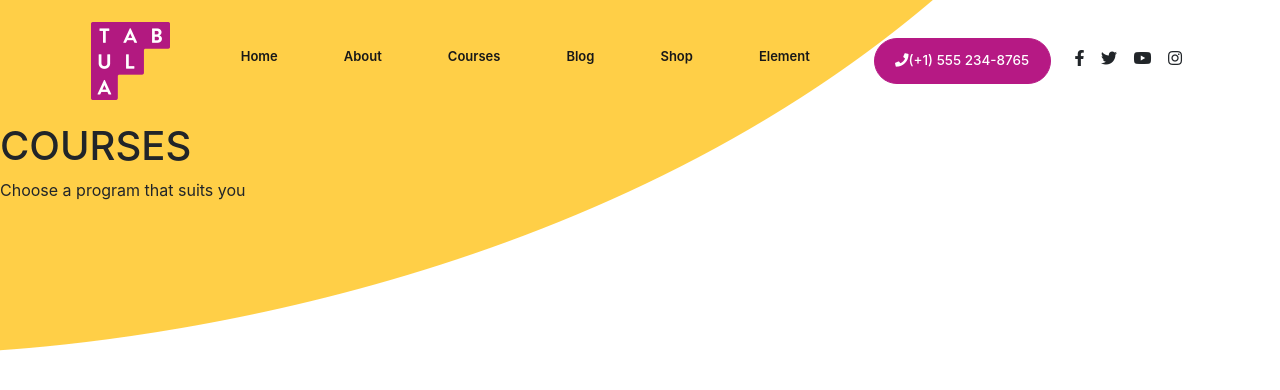
Repository: Khanh1234-glitch/TruongNguyenBaoKhanh_BC22_assignment__tabula
Page: Tabula/index.html
An editor plug-in stored every save of this project. The page is shown before and after the next save, followed by the edit.
The browser window is 1280 px wide. The pictures show the whole page.
The style sheet was rebuilt from its Sass, Less or Tailwind sources for each picture, by a compiler version that may differ from the author's.

Above is the page before, as saved 2022-04-16 09:20:18.

### Tabula/index.html
<!doctype html>
<html lang="en">

<head>
    <title>Title</title>
    <!-- Required meta tags -->
    <meta charset="utf-8">
    <meta name="viewport" content="width=device-width, initial-scale=1, shrink-to-fit=no">
    <!-- link css -->
    <link rel="stylesheet" href="./css/style.css">
    <!-- link fontawesome -->
    <link rel="stylesheet" href="https://cdnjs.cloudflare.com/ajax/libs/font-awesome/5.15.4/css/all.min.css">
    <!-- Bootstrap CSS -->
    <link rel="stylesheet" href="https://stackpath.bootstrapcdn.com/bootstrap/4.3.1/css/bootstrap.min.css" integrity="sha384-ggOyR0iXCbMQv3Xipma34MD+dH/1fQ784/j6cY/iJTQUOhcWr7x9JvoRxT2MZw1T" crossorigin="anonymous">
</head>

<body>
    <header>
        <nav class="navbar container navbar-expand-md navbar-dark">
            <!-- Toggler/collapsibe Button -->
            <button class="navbar-toggler" type="button" data-toggle="collapse" data-target="#collapsibleNavbar">
                <span class="navbar-toggler-icon"></span>
            </button>
            <!-- Brand -->
            <img src="./img/crest.png" alt="">
            <!-- Navbar links -->
            <div class="collapse navbar-collapse " id="collapsibleNavbar">
                <ul class="navbar-nav ml-auto">
                    <li class="nav-item">
                        <a class="nav-link" href="#">Home</a>
                    </li>
                    <li class="nav-item">
                        <a class="nav-link" href="#">About</a>
                    </li>
                    <li class="nav-item">
                        <a class="nav-link" href="#">Courses</a>
                    </li>
                    <li class="nav-item">
                        <a class="nav-link" href="#">Blog</a>
                    </li>
                    <li class="nav-item">
                        <a class="nav-link" href="#">Shop</a>
                    </li>
                    <li class="nav-item">
                        <a class="nav-link" href="#">Element</a>
                    </li>
                    <li class="button">
                        <button class="btn-header"><i class="fa fa-phone"></i> (+1) 555 234-8765</button>
                    </li>
                    <li class="nav-item" style="margin-top:10px">
                        <i class="fab fa-facebook-f"></i>
                        <i class="fab fa-twitter"></i>
                        <i class="fab fa-youtube"></i>
                        <i class="fab fa-instagram"></i>
                    </li>
                </ul>
            </div>
        </nav>
        <div class="hero-book">
            <div class="text-left">
                <h1>COURSES</h1>
                <sh1>Choose a program that suits you</h1n>
            </div>
            <div class="img-right"></div>
        </div>
    </header>

    <!-- Optional JavaScript -->
    <!-- jQuery first, then Popper.js, then Bootstrap JS -->
    <script src="https://code.jquery.com/jquery-3.3.1.slim.min.js" integrity="sha384-q8i/X+965DzO0rT7abK41JStQIAqVgRVzpbzo5smXKp4YfRvH+8abtTE1Pi6jizo" crossorigin="anonymous"></script>
    <script src="https://cdnjs.cloudflare.com/ajax/libs/popper.js/1.14.7/umd/popper.min.js" integrity="sha384-UO2eT0CpHqdSJQ6hJty5KVphtPhzWj9WO1clHTMGa3JDZwrnQq4sF86dIHNDz0W1" crossorigin="anonymous"></script>
    <script src="https://stackpath.bootstrapcdn.com/bootstrap/4.3.1/js/bootstrap.min.js" integrity="sha384-JjSmVgyd0p3pXB1rRibZUAYoIIy6OrQ6VrjIEaFf/nJGzIxFDsf4x0xIM+B07jRM" crossorigin="anonymous"></script>
</body>

</html>

### Tabula/Sass/style.scss
@import "./helper/mixin";
@import "./helper/variable";
@import "./Component/navbar";
@import "./Component/button";
@import "./Component/social";
@import "./Component/imgheader";

### Tabula/Sass/helper/_mixin.scss
@mixin content($fs, $fw, $color) {
    font-size: $fs;
    font-weight: $fw;
    background-color: $color;
}

@mixin content2($fs, $fw, $color) {
    font-size: $fs;
    font-weight: $fw;
    color: $color;
}

### Tabula/Sass/helper/_variable.scss
//color
$color:#e6afd4;
$color2:#181818;
$color3:#b61984 !important;
//font weight
$fw-1:500;
$fw-2:600;
$fw-3:700;
$fw-4:800;
//font-size
$fs-1:13px;
$fs-2:57px;
$fs-3:16.5px;
$fs-4:14.625px;
$fs-5:13.125px;
$fs-6:13.5px;

### Tabula/Sass/Component/_navbar.scss
body {
    background: url("./../../img/yellow_top_wave_01.png");
    background-repeat: no-repeat;
    header {
        .navbar-nav {
            .nav-item {
                a {
                    @include content2($fs-1,
                    $fw-2,
                    $color2);
                    line-height: 80px;
                    margin-right: 50px;
                    color: $color2 !important;
                    transition: all 0.5s;
                    &::after {
                        content: "";
                        width: 10px;
                        height: 10px;
                        margin-left: 7px;
                        border-radius: 100%;
                        display: block;
                        background-color: $color3;
                        transition: all 0.5s;
                        transform: scaleX(0);
                    }
                    &:hover {
                        color: $color3;
                        &::after {
                            transform: scaleX(1);
                        }
                    }
                }
            }
        }
    }
}

### Tabula/Sass/Component/_button.scss
    .navbar-nav {
        .button {
            display: flex;
            align-items: center;
            margin-right: 18px;
            button {
                @include content($fs-6, $fw-1, $color3);
                align-items: center;
                border-radius: 50px;
                display: flex;
                justify-content: center;
                line-height: 13.5px;
                margin: 6px;
                padding: 14.85px 20.25px;
                text-align: center;
                color: #fff;
                border: 1px solid $color3;
                transition: all 0.5s;
                &:hover {
                    border: 1px solid $color3;
                    background-color: #fff !important;
                    color: $color3;
                }
            }
        }
    }

### Tabula/Sass/Component/_social.scss
.navbar-nav {
    .nav-item {
        i {
            margin-right: 12px;
            line-height: 80px;
            cursor: pointer;
            transition: all 0.5s;
            &:hover {
                color: $color3;
            }
        }
    }
}

### Tabula/Sass/Component/_imgheader.scss
body {
    .img-header {
        position: relative;
    }
}

After the next save:
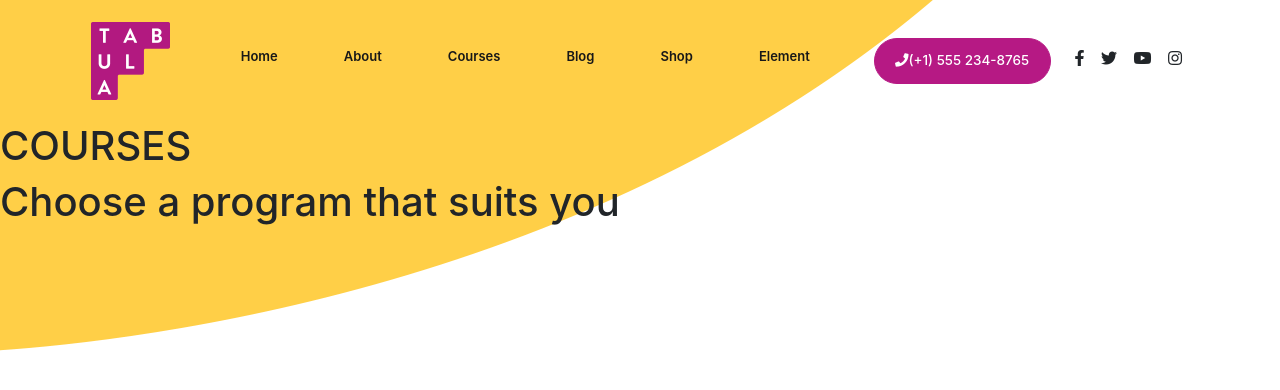
Saved 8 s later.
--- a/Tabula/index.html
+++ b/Tabula/index.html
@@ -59,7 +59,7 @@
         <div class="hero-book">
             <div class="text-left">
                 <h1>COURSES</h1>
-                <sh1>Choose a program that suits you</h1n>
+                <h1>Choose a program that suits you</h1>
             </div>
             <div class="img-right"></div>
         </div>
